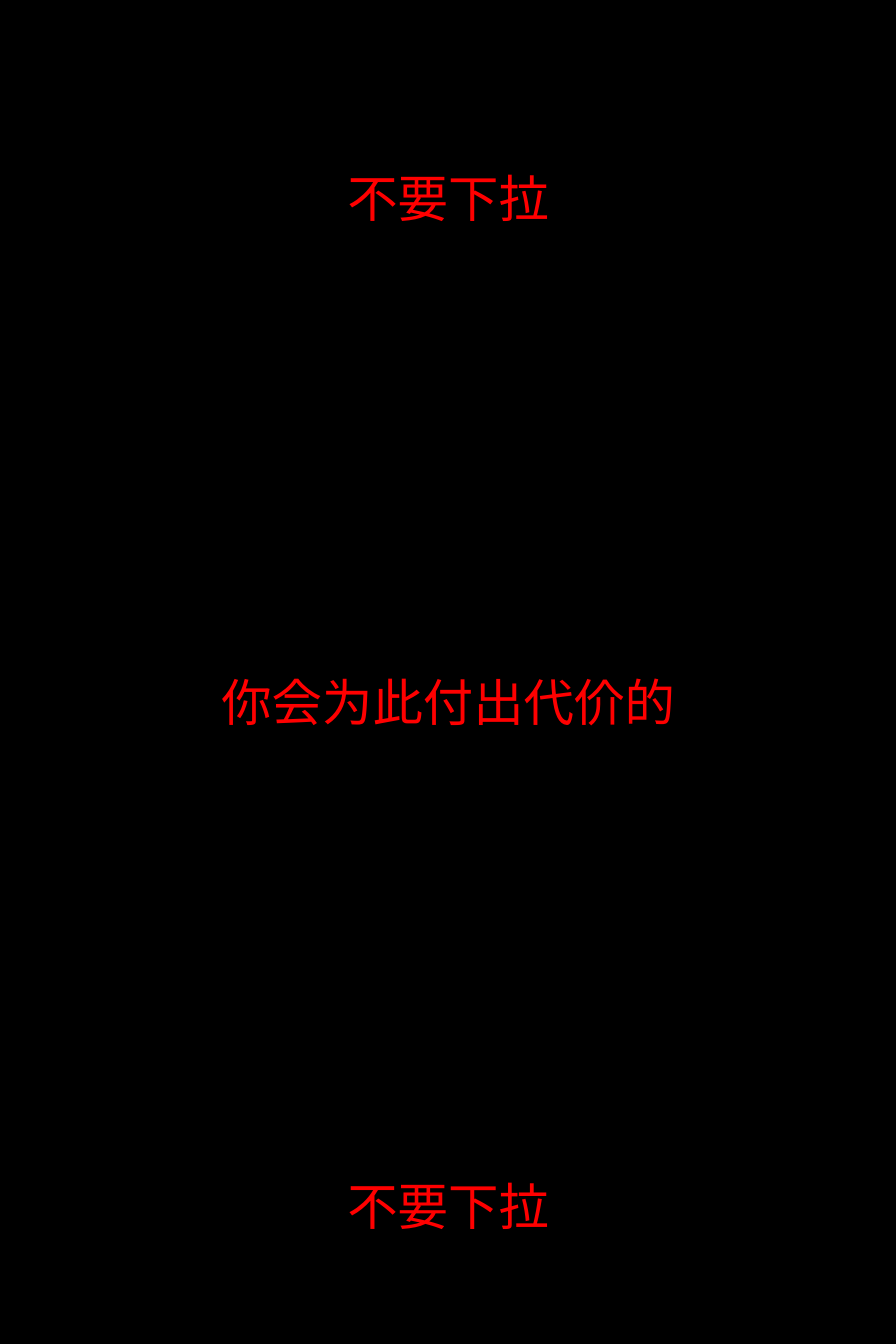
Repository: PUYIXIU/CSSMagic
Page: Animation/ScrollDrivenAnimation/index.html
An editor plug-in stored every save of this project. The page is shown before and after the next save, followed by the edit.
The browser window is 1280 px wide. The pictures show the part of the page from y = 2241 to 4161 px (the page is 12960 px tall before and 11520 px after), at 70% of full size.
Some web fonts or font styles are not loaded; a fallback is used.

Above is the page before, as saved 2024-09-03 11:31:17.

After the next save:
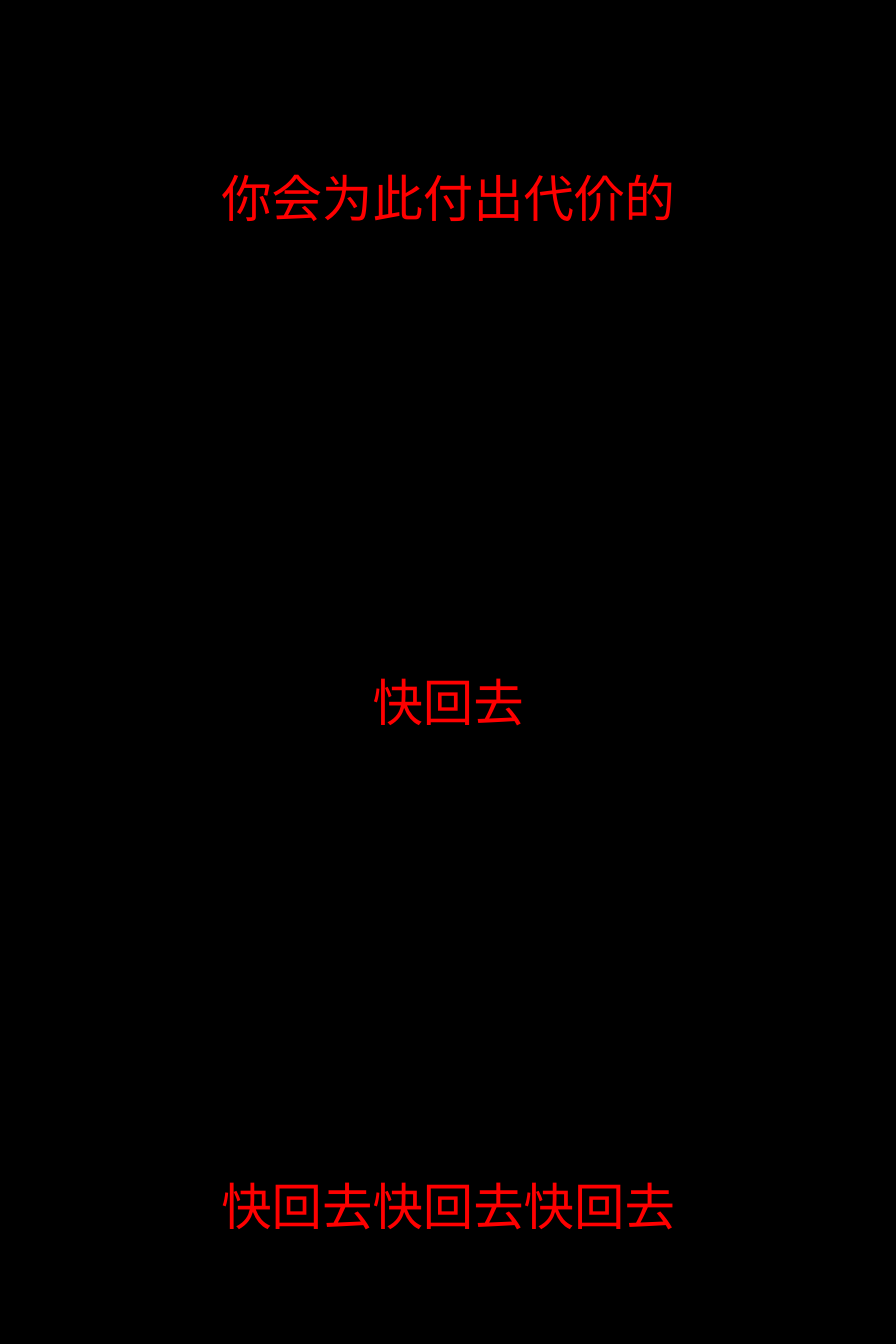
Saved 18 s later.
--- a/Animation/ScrollDrivenAnimation/index.html
+++ b/Animation/ScrollDrivenAnimation/index.html
@@ -103,9 +103,7 @@
     <div class="kanban">给你一个忠告</div>
     <div class="kanban">不要下拉</div>
     <div class="kanban">现在回头还来得及</div>
-    <div class="kanban">不要下拉</div>
     <div class="kanban">你会为此付出代价的</div>
-    <div class="kanban">不要下拉</div>
     <div class="kanban">快回去</div>
     <div class="kanban">快回去快回去快回去</div>
     <div class="kanban">快回去快回去快回去<br/>快回去快回去快回去</div>
